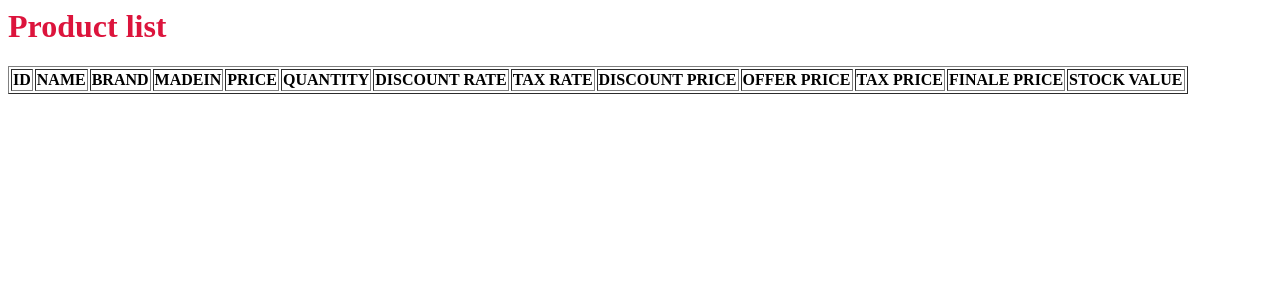
Repository: Lathadasari3010/SoftwareExamples
Page: http://localhost/product-list
An editor plug-in stored every save of this project. The page is shown before and after the next save, followed by the edit.
The browser window is 1280 px wide. The pictures show the whole page.
The page is this project's Thymeleaf template; nobody is signed in. The template is opened directly, without the code that normally fills it, so the values that code supplies are empty.

Above is the page before, as saved 2024-12-20 08:56:30.

### SpringBoot/src/main/resources/templates/product-list.html
<html>
	<head>
		<title>Product list</title>
	</head>
	<body>
		<div>
			<h1 style="color:crimson; align-items: center;">Product list</h1>
			<table border="1">
				<thead>
					<tr>
						<th>ID</th>
						<th>NAME</th>
						<th>BRAND</th>
						<th>MADEIN</th>
						<th>PRICE</th>
						<th>QUANTITY</th>
						<th>DISCOUNT RATE</th>
						<th>TAX RATE</th>
						<th>DISCOUNT PRICE</th>
						<th>OFFER PRICE</th>
						<th>TAX PRICE</th>
						<th>FINALE PRICE</th>
						<th>STOCK VALUE</th>
					</tr>
				</thead>

				<tbody>
					<tr th:each="product:${products}">
						<td th:text="${product.id}"></td>
						<td th:text="${product.name}"></td>
						<td th:text="${product.brand}"></td>
						<td th:text="${product.madeIn}"></td>
						<td th:text="${product.price}"></td>
						<td th:text="${product.quantity}"></td>
						<td th:text="${product.discountRate}"></td>
						<td th:text="${product.taxRate}"></td>
						<td th:text="${product.discountPrice}"></td>
						<td th:text="${product.offerPrice}"></td>
						<td th:text="${product.taxPrice}"></td>
						<td th:text="${product.finalePrice}"></td>
						<td th:text="${product.stockValue}"></td>
					</tr>
				</tbody>
			</table>
		</div>
	</body>
</html>

After the next save:
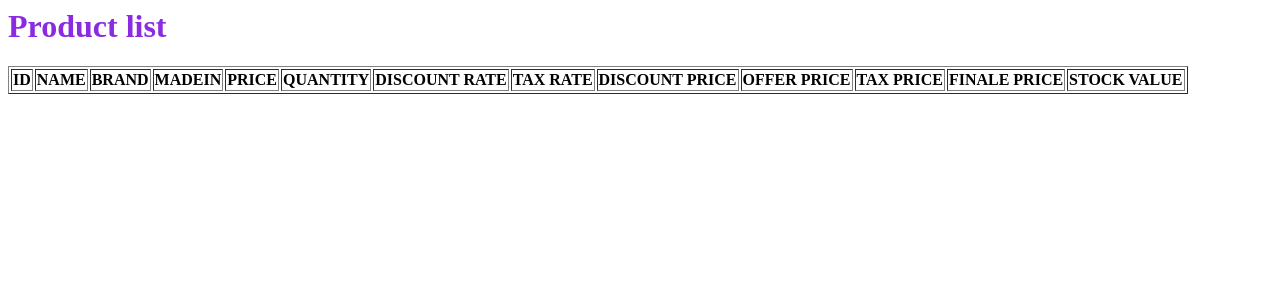
Saved 29 s later.
--- a/SpringBoot/src/main/resources/templates/product-list.html
+++ b/SpringBoot/src/main/resources/templates/product-list.html
@@ -4,7 +4,7 @@
 	</head>
 	<body>
 		<div>
-			<h1 style="color:crimson; align-items: center;">Product list</h1>
+			<h1 style="color:blueviolet;">Product list</h1>
 			<table border="1">
 				<thead>
 					<tr>
